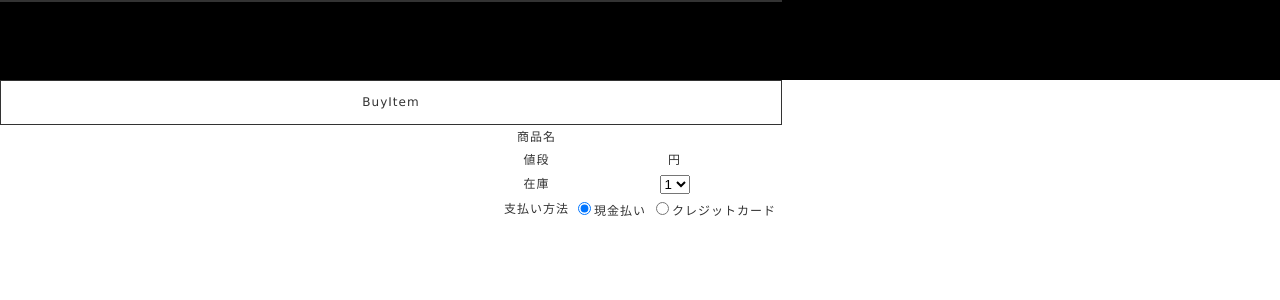
Repository: cha-git/ecsite
Page: http://localhost/template/buyItem.jsp
The author's editor kept a copy of each file at every save. The page is drawn from the files as they stood at one save, then again after the next save.
The browser window is 1280 px wide. The pictures show the whole page.
The page is served by Tomcat 9. Other server files are loaded and not shown.

Above is the page before, as saved 2018-12-21 10:43:12.

### template/WebContent/buyItem.jsp
<%@ page language="java" contentType="text/html; charset=UTF-8"
    pageEncoding="UTF-8"%>
<%@ taglib prefix="s" uri="/struts-tags" %>
<!DOCTYPE html>
<html>
<head>
	<meta http-equiv="Content-Type" content="text/html; charset=UTF-8" />
	<meta http-equiv="Conten-Style-Type" content="text/css" />
	<meta http-equiv="Content-Script-Type" content="text/javascript" />
	<meta http-equiv="imagetoolbar" content="" />
	<meta name="description" content="" />
	<meta name="keywords" content="" />
	<title>buyItem画面</title>

	<style type="text/css">
	/* ========TAG LAYOUT======== */
	body {
		margin:0;
		padding:0;
		line-height:1.6;
		letter-spacing:1px;
		font-family:Verdana, Helvetica, sans-serif;
		font-size:12px;
		color:#333;
		background:#fff;
	}

	table {
		text-align:center;
		margin:0 auto;
	}
	/* ========ID LAYOUT======== */
	#top {
		width:780px;
		margin:30px,auto;
		border:1px solid #333;
	}

	#header {
		width:100%;
		height:80px;
		background-color:black;
	}

	#main {
		width:100%;
		height:500px;
		text-align:center;
	}

	#footer {
		width:100%;
		height:80px;
		background-color:black;
		clear:both;
	}
	</style>
</head>
<body>
	<div id="header">
		<div id="top">
		</div>
	</div>
	<div id="main">
		<div id="top">
			<p>BuyItem</p>
		</div>
		<div>
		<s:form action="BuyItemAction">
			<table>
				<tr>
					<td>
						<span>商品名</span>
					</td>
					<td>
						<s:property value="session.buyItem_name" />
					</td>
				</tr>
				<tr>
					<td>
						<span>値段</span>
					</td>
					<td>
					<s:property value="session.buyItem_price" />
						<span>円 </span>
					</td>
				</tr>
				<tr>
					<td>
						<span>在庫</span>
					</td>
					<td>
						<select name="stock">
						<option value="1" selected="selected">1</option>
							<option value="2">2</option>
							<option value="3">3</option>
							<option value="4">4</option>
							<option value="5">5</option>
						</select>
					</td>
				</tr>
				<tr>
					<td>
						<span>支払い方法</span>
					</td>
					<td>
						<input type="radio" name="pay" value="1" checked="checked">現金払い
						<input type="radio" name="pay" value="2">クレジットカード
					</td>
				</tr>
				<tr>

				</tr>
			</table>
		</s:form>
		</div>
	</div>
</body>
</html>

After the next save:
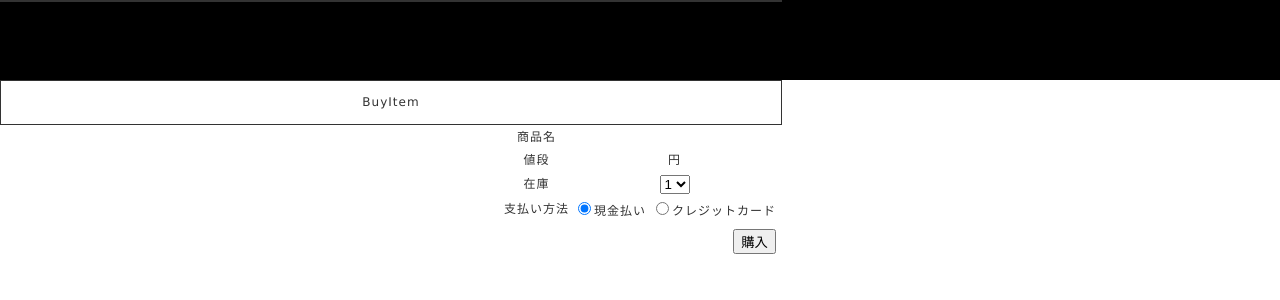
Saved 23 s later.
--- a/template/WebContent/buyItem.jsp
+++ b/template/WebContent/buyItem.jsp
@@ -109,7 +109,9 @@
 					</td>
 				</tr>
 				<tr>
-
+					<td>
+						<s:submit value="購入" />
+					</td>
 				</tr>
 			</table>
 		</s:form>
